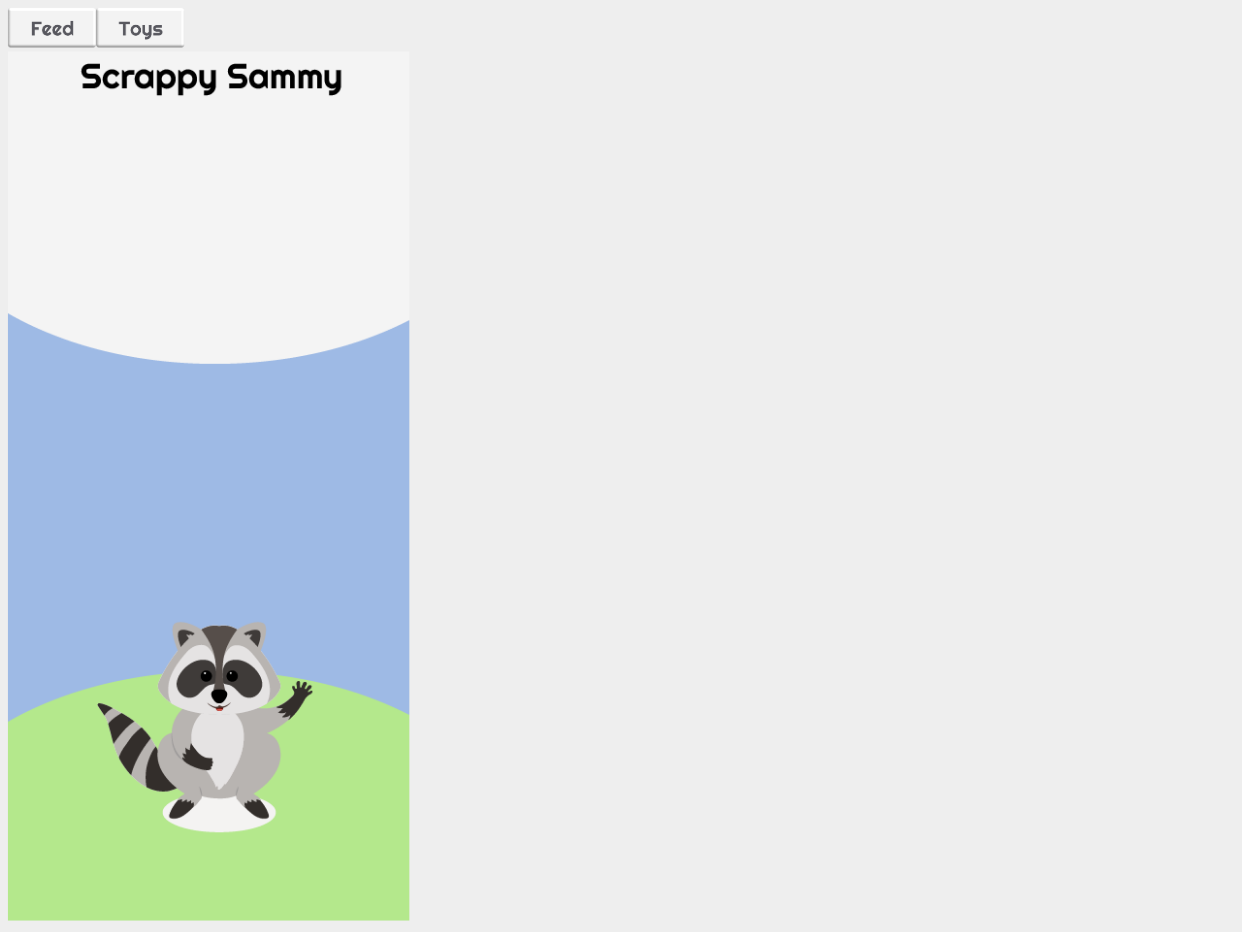
Repository: alemunden/Trash-Scavengers
Page: /Scrappy
The author's editor kept a copy of each file at every save. The page is drawn from the files as they stood at one save, then again after the next save.
The browser window is 1280 px wide. The pictures show the whole page, at 97% of full size.
The project was rebuilt for these pictures with package versions that can differ from the ones it lists, and the page was loaded fresh each time. The framework's server and built-in components were replaced by stand-ins that run in the browser. Also part of the build but not shown: next.config.mjs, components/NavBar/NavBar.module.css, components/NavBar/index.js.

Above is the page before, as saved 2024-04-20 11:38:52.

After the next save:
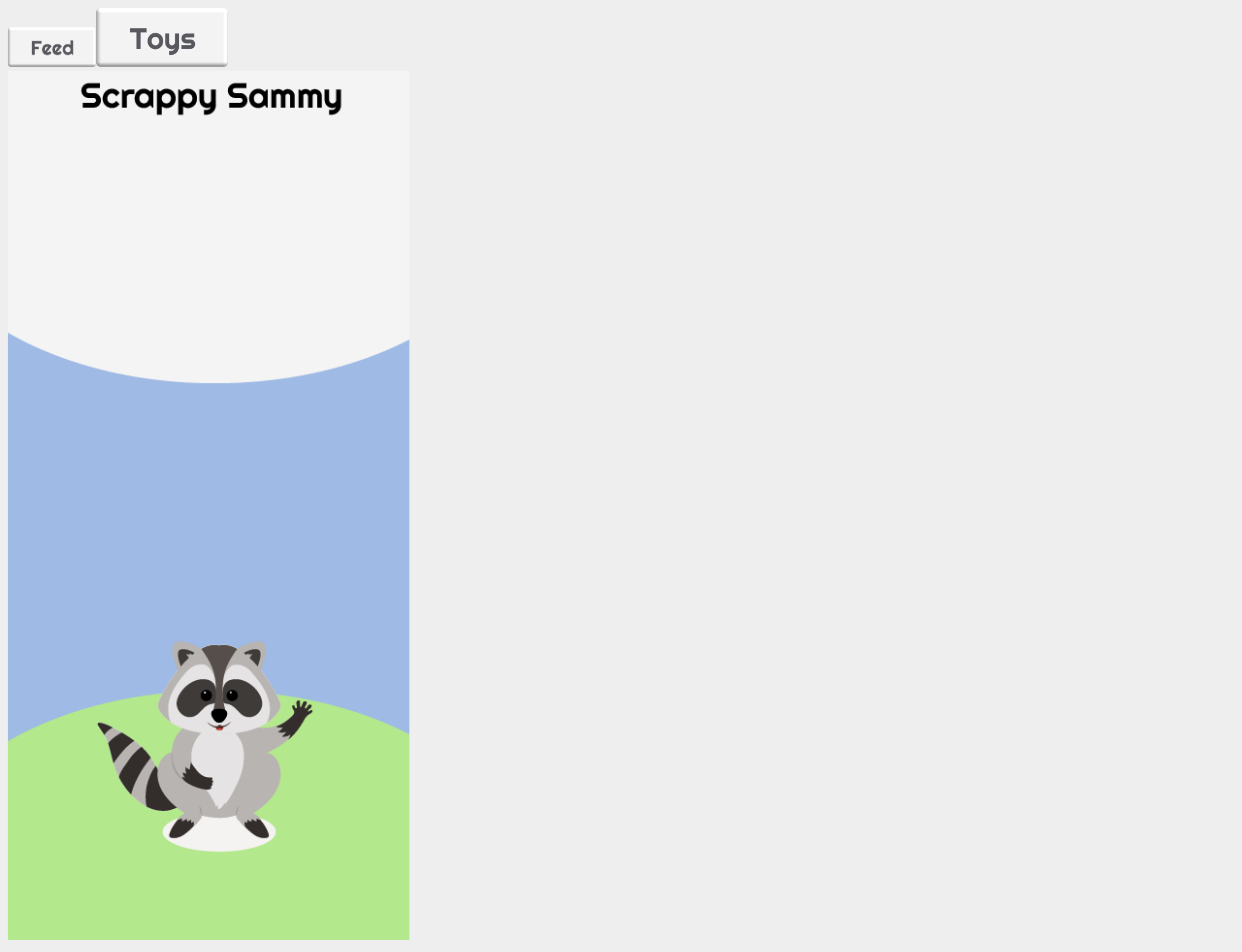
Saved 33 s later.
--- a/pages/Scrappy.js
+++ b/pages/Scrappy.js
@@ -9,7 +9,7 @@ export default function Scrappy() {
             <div className={styles.main}>
                 <div>
                     <Image src={'/feedbutton.png'} width={90.9} height={40.5}/>
-                    <Image src={'/toysbutton.png'} width={90.9} height={40.5}/>
+                    <Image src={'/toysbutton.png'} width={136.35} height={60.75}/>
                 </div>
                 <Image src={'/scrappybackground.png'} width={414} height={896}/>
             </div>
